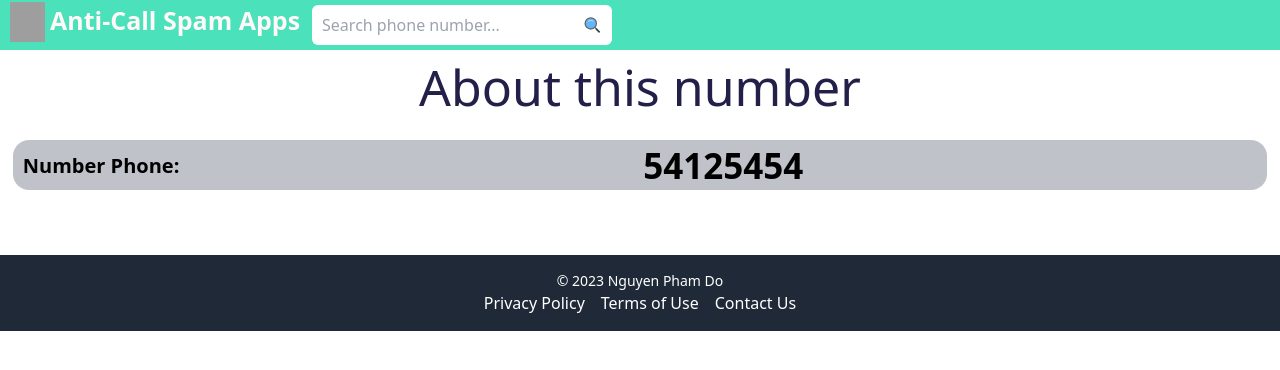
Repository: NPham1402/Web-user-callSpamBlocker
Page: /detail
The author's editor kept a copy of each file at every save. The page is drawn from the files as they stood at one save, then again after the next save.
The browser window is 1280 px wide. The pictures show the whole page.
Pictures or frames that could not be fetched are drawn as grey boxes. The page's requests for data from a server got no answer. The project was rebuilt for these pictures with package versions that can differ from the ones it lists, and the page was loaded fresh each time. The framework's server and built-in components were replaced by stand-ins that run in the browser. No one was signed in, and anything a server would have sent is missing. Also part of the build but not shown: next.config.js.

Above is the page before, as saved 2023-02-13 15:49:31.

### pages/detail.js
import axios from "axios";
import Head from "next/head";
import { useRouter } from "next/router";
import React, { useEffect } from "react";
import { FcSearch } from "react-icons/fc";
import MiniCompoent from "./components/miniCompoent";
function detail() {
  const router = useRouter();
  const {
    query: { id },
  } = router;
  useEffect(() => {
    axios.get("");
  }, []);
  return (
    <>
      {" "}
      <Head>
        <title>Check number spam</title>
        <meta name="description" content="Generated by create next app" />
        <meta name="viewport" content="width=device-width, initial-scale=1" />
        <link rel="icon" href="/favicon.ico" />
      </Head>
      <main className="relative">
        <div className="w-100 pl-[10px] pt-[2px] flex flex-row h-[50px] bg-[#4BE1BA]">
          <img
            src="https://static.callblocker.org/img/logo.png"
            className=" w-[35px] h-[40px]"
          />
          <p className="pl-[5px] pt-[6px] leading-none font-Raleway font-bold text-[25px] text-[#FFF8F8] ">
            Anti-Call Spam Apps
          </p>
          <div className="flex flex-row p-[10px] rounded-[6px]  w-[300px] h-[40px] ml-[12px] mt-[3px] bg-white">
            <input
              className="w-full h-full outline-none"
              placeholder="Search phone number..."
            />
            <FcSearch className="text-[20px] cursor-pointer" />
          </div>
        </div>
        <p className=" font-medium text-[50px] text-center text-[#221f49] ">
          About this number
        </p>
        <div className="w-[98%] my-[15px] rounded-[16px]  mx-auto h-[50px] bg-[#bfc3c9]">
          <div className="flex flex-row">
            <p className="text-[20px] font-semibold ml-[10px]  my-auto align-text-bottom">
              Number Phone:
            </p>
            <p className="text-[35px] m-auto font-bold">54125454</p>
          </div>
        </div>
        <MiniCompoent types="line" />
      </main>
      <footer className="bg-gray-800 mt-[50px] text-white py-4">
        <div className="container mx-auto">
          <p className="text-center text-sm">&copy; 2023 Nguyen Pham Do</p>
          <div className="flex justify-center">
            <a href="#" className="text-white mx-2">
              Privacy Policy
            </a>
            <a href="#" className="text-white mx-2">
              Terms of Use
            </a>
            <a href="#" className="text-white mx-2">
              Contact Us
            </a>
          </div>
        </div>
      </footer>
    </>
  );
}

export default detail;

### styles/globals.css
@tailwind base;
@tailwind components;
@tailwind utilities;
@import url('https://fonts.googleapis.com/css2?family=Raleway:ital&display=swap');

### pages/components/miniCompoent.js
import React from "react";

export default function MiniCompoent(props) {
  return props.types == "line" ? (
    <div className="flex flex-row">
      <p className="text-[20px] font-semibold ml-[10px]  my-auto align-text-bottom">
        {props.headerLines}
      </p>
      <p className="text-[35px] m-auto font-bold">{props.contents}</p>
    </div>
  ) : (
    <></>
  );
}

Loaded but not shown: pages/_app.js (common file); pages/_document.js (common file); tailwind.config.js (common file)

After the next save:
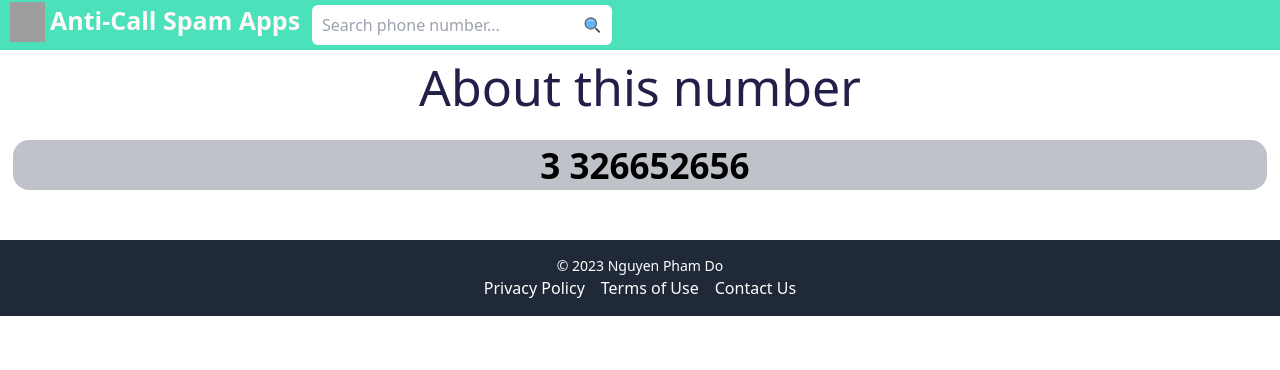
Saved 60 s later.
--- a/pages/detail.js
+++ b/pages/detail.js
@@ -42,14 +42,13 @@ function detail() {
           About this number
         </p>
         <div className="w-[98%] my-[15px] rounded-[16px]  mx-auto h-[50px] bg-[#bfc3c9]">
-          <div className="flex flex-row">
-            <p className="text-[20px] font-semibold ml-[10px]  my-auto align-text-bottom">
-              Number Phone:
-            </p>
-            <p className="text-[35px] m-auto font-bold">54125454</p>
-          </div>
+          <MiniCompoent
+            types="line"
+            headerLine="Number Phone"
+            contents="3
+          326652656"
+          />
         </div>
-        <MiniCompoent types="line" />
       </main>
       <footer className="bg-gray-800 mt-[50px] text-white py-4">
         <div className="container mx-auto">
